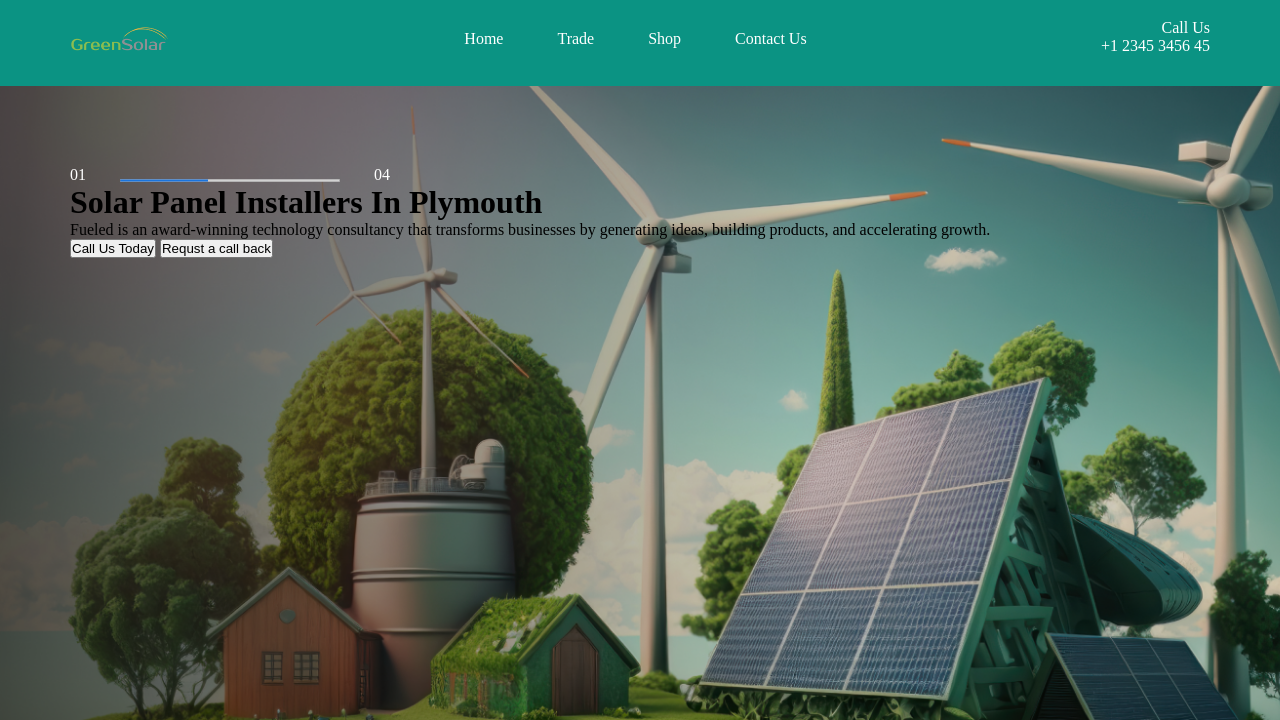
Repository: zeinawady/Solar-Company-Template
Page: index.html
These files come from the project's save history. The page is drawn as it stood at one moment and after the next save; the edit follows.
The browser window is 1280 px wide. The pictures show the whole page.

Above is the page before, as saved 2024-09-17 17:05:51.

### index.html
<!DOCTYPE html>
<html lang="en">

<head>
    <meta charset="UTF-8">
    <meta name="viewport" content="width=device-width, initial-scale=1.0">
    <title>Solar Company</title>
    <link rel="stylesheet" href="css/style.css">
    <link rel="stylesheet" href="css/all.min.css">
</head>

<body>
    <!-- start header -->
    <header>
        <div class="container">
            <img src="images/Logo.png" width="100" alt="logo" class="logo">
            <nav>
                <ul class="nav-links">
                    <li><a href="#">Home</a></li>
                    <li><a href="#">Trade</a></li>
                    <li><a href="#">Shop</a></li>
                    <li><a href="#">Contact Us</a></li>
                </ul>
            </nav>
            <div class="nav-info">
                <div>Call Us</div>
                <div>+1 2345 3456 45</div>

            </div>
            <div class="burger">
                <i class="fas fa-bars"></i>
                <ul class="navHover">
                    <li><a href="#">Home</a></li>
                    <li><a href="#">Trade</a></li>
                    <li><a href="#">Shop</a></li>
                    <li><a href="#">Contact Us</a></li>
                </ul>

            </div>
        </div>
    </header>

    <!-- end header -->

    <!-- start landing -->
    <div class="landing">
        <div class="container">
            <div class="progress-container">
                <span>01</span>
                <progress value="40" max="100"></progress>
                <span>04</span>
            </div>
            <h1 class="main-text">Solar Panel Installers In Plymouth</h1>
  <div class="sub-text">
    Fueled is an award-winning technology consultancy that transforms businesses by generating ideas, building products, and accelerating growth.
  </div>

  <div class="btn-container">
  <button class="btn">Call Us Today</button>
  <button class="btn yellow-bt">Requst a call back</button>
</div>
        </div>
    </div>
    <!-- end landing -->

</body>

</html>

### css/style.css
*{
    margin: 0;
    padding: 0;
    box-sizing: border-box;
}
html{
    scroll-behavior: smooth;
}
.container{
    padding-left: 15px;
    padding-right: 15px;
    margin: 0 auto;
    max-width: 1170px; /* Set a maximum width */
    width: 100%;
}
ul{
    list-style: none;
}
a{
    text-decoration: none;
}
:root{
    --main-color: hsla(173, 86%, 31%, 1);
    --secondary-color:hsla(42, 100%, 55%, 1);
    --font-color: hsla(221, 43%, 11%, 1);

}
@media (min-width:768px) {
    .container {
        width: 750px;
    }

}

@media (min-width:992px) {
    .container {
        width: 970px;
    }
}

@media (min-width:1200px) {
    .container {
        width: 1170px;
    }
}

/* start header */
header{
    background-color: var(--main-color);
height: 86px;
}
header .container{
    display: flex;
    justify-content: space-between;
    align-items: center;

}
.nav-links li{
    display: inline-block;
    padding: 30px 25px;

}
.nav-links li a{
    color: hsla(0, 0%, 100%, 1);
    transition: all 0.3s ease 0s;
}
.nav-info{
    color: hsla(0, 0%, 100%, 1);
padding-bottom: 5px;
display: flex;
flex-direction: column;
align-items: flex-end;
}
.burger{
    display: none;
    color: hsla(0, 0%, 100%, 1) ;
    font-size: 30px;
    cursor: pointer;
    position: relative;
}

@media (max-width:768px){
    .burger{
        display: block;
        padding-top: 24px;
        position: relative;
        z-index: 10;
    }
    .navHover , .nav-links {
        display: none;
    }
    .nav-info{
        display: none;
    }
    .burger:hover .navHover{
        display: block;
        position: absolute;
        top: 86px;
        right: 15px;
        background-color:rgb(255, 250, 244);
        z-index: 99;
        border-radius: 15px;
        padding: 20px;
        box-shadow: 0 4px 8px rgba(0, 0, 0, 0.1);
    }
}

/* end header */

/* start landing */

.landing{
    background-image: url(../images/solar-panels-meadow\ 1.png);
    background-size: cover;
    height: calc(100vh - 86px);
}
.landing .container{
    padding-top: 80px;
}
.progress-container span{
    color: white;
font-weight: 500;
}
.progress-container span:first-child{
padding-right:30px;

}
.progress-container span:last-child{
    padding-left: 30px;
}
.progress-container progress{
   width: 220px;
   height: 5px;
}
/* end landing */

Loaded but not shown: css/all.min.css (library)

After the next save:
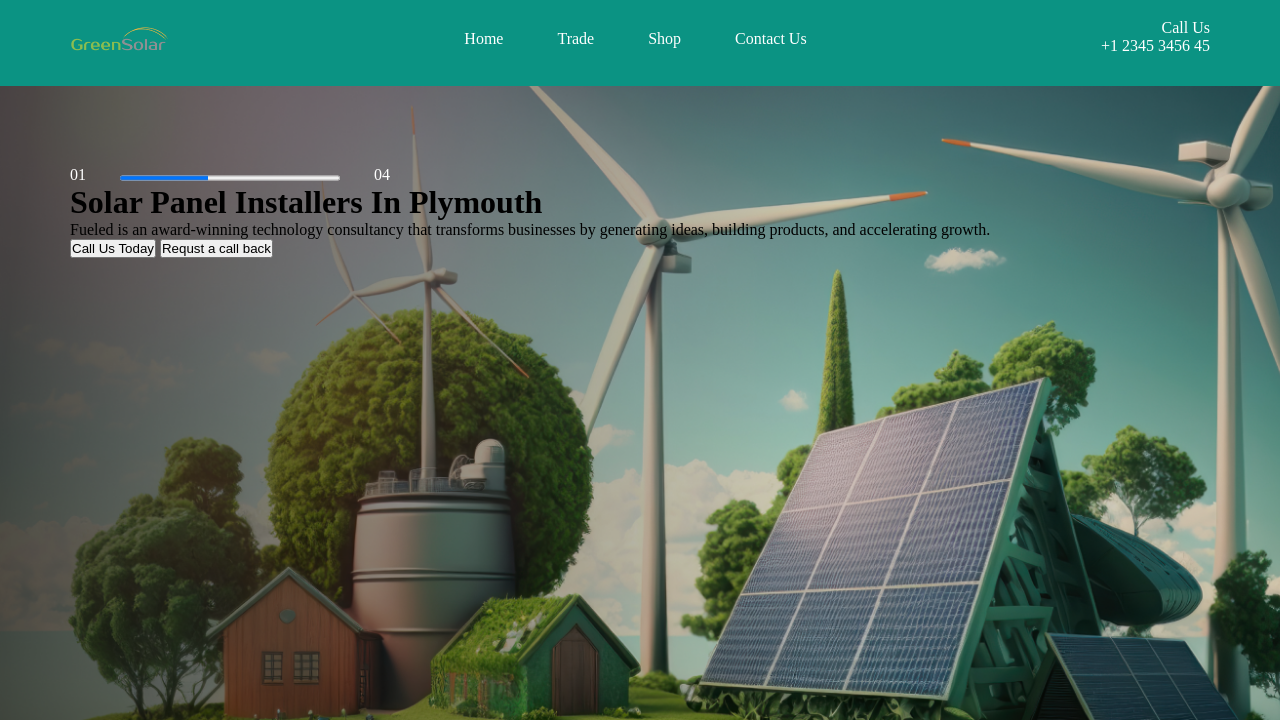
Saved 28 s later.
--- a/css/style.css
+++ b/css/style.css
@@ -130,6 +130,6 @@ padding-right:30px;
 }
 .progress-container progress{
    width: 220px;
-   height: 5px;
+   height: 10px;
 }
 /* end landing */
